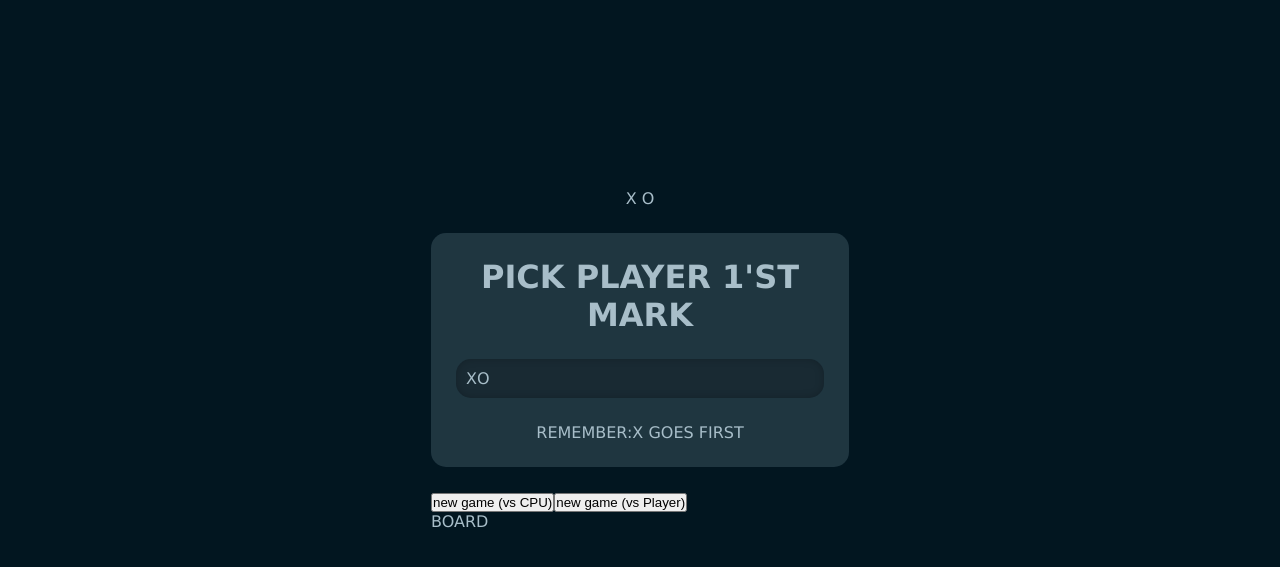
Repository: SD-Mdouka/XO_GAME
Page: /
An editor plug-in stored every save of this project. The page is shown before and after the next save, followed by the edit.
The browser window is 1280 px wide. The pictures show the whole page.
The project was rebuilt for these pictures with package versions that can differ from the ones it lists, and the page was loaded fresh each time.

Above is the page before, as saved 2022-08-29 14:28:26.

After the next save:
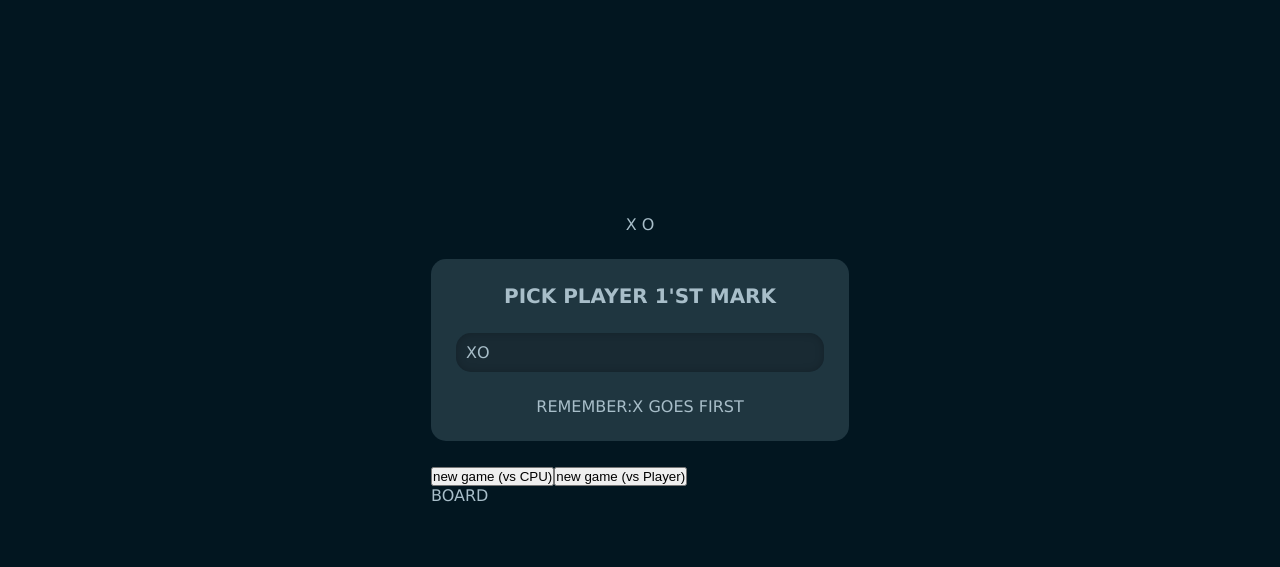
Saved 68 s later.
--- a/src/index.css
+++ b/src/index.css
@@ -58,6 +58,18 @@ body {
     text-align: center;
 }
 
+.text-lg {
+    font-size: 1.25rem;
+}
+
+.text-xl {
+    font-size: 1.5rem;
+}
+
+.text-2xl {
+    font-size: 1.725rem;
+}
+
 .text-light {
     color: var(--color-gray);
 }
